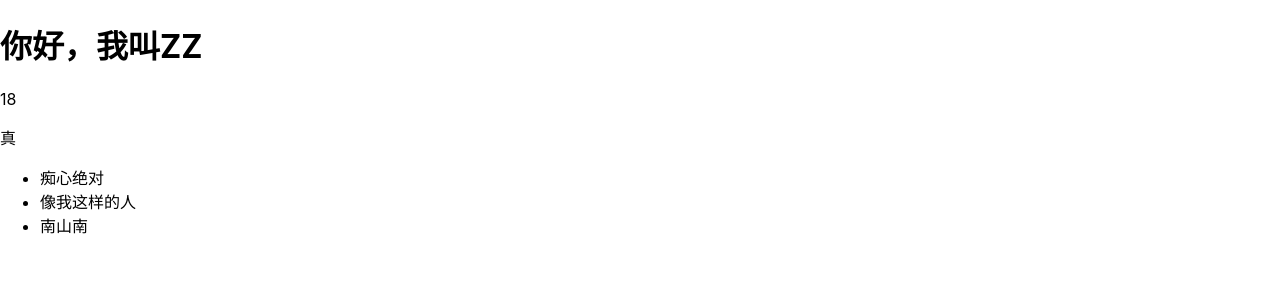
Repository: 11111111-T/React
Page: /
An editor plug-in stored every save of this project. The page is shown before and after the next save, followed by the edit.
The browser window is 1280 px wide. The pictures show the whole page.
The project was rebuilt for these pictures with package versions that can differ from the ones it lists, and the page was loaded fresh each time.

Above is the page before, as saved 2022-09-20 15:01:54.

After the next save:
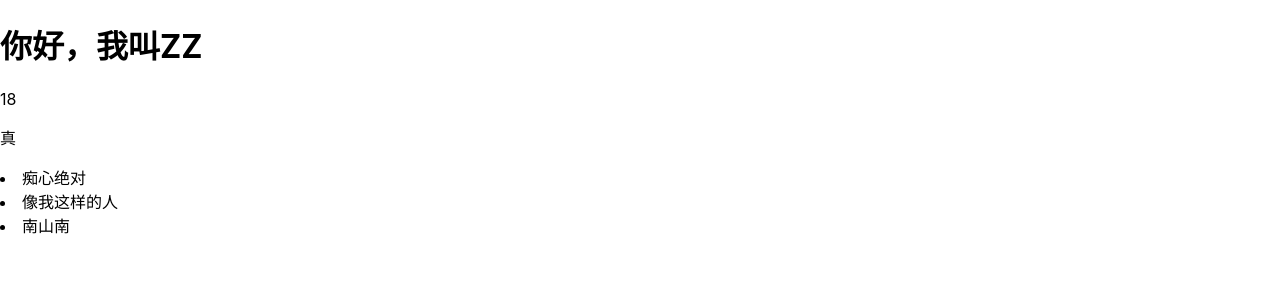
Saved 4 min 44 s later.
--- a/src/views/list.js
+++ b/src/views/list.js
@@ -10,11 +10,9 @@
 function App() {
   return (
     <div>
-      <ul>
-        {songs.map((item) => (
-          <li>{item.name}</li>
-        ))}
-      </ul>
+      {songs.map((item) => (
+        <li>{item.name}</li>
+      ))}
     </div>
   );
 }

After the 3 saves that followed:
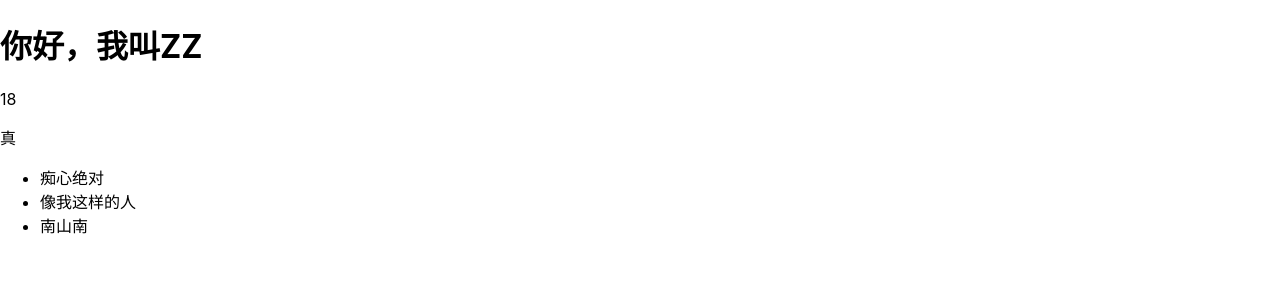
The 3 saves are shown as one change because 2 did not build or start.
The last was saved 55 s later.
--- a/src/views/list.js
+++ b/src/views/list.js
@@ -10,9 +10,11 @@
 function App() {
   return (
     <div>
-      {songs.map((item) => (
-        <li>{item.name}</li>
-      ))}
+      <ul>
+        {songs.map((item) => (
+          <li>{item.name}</li>
+        ))}
+      </ul>
     </div>
   );
 }
